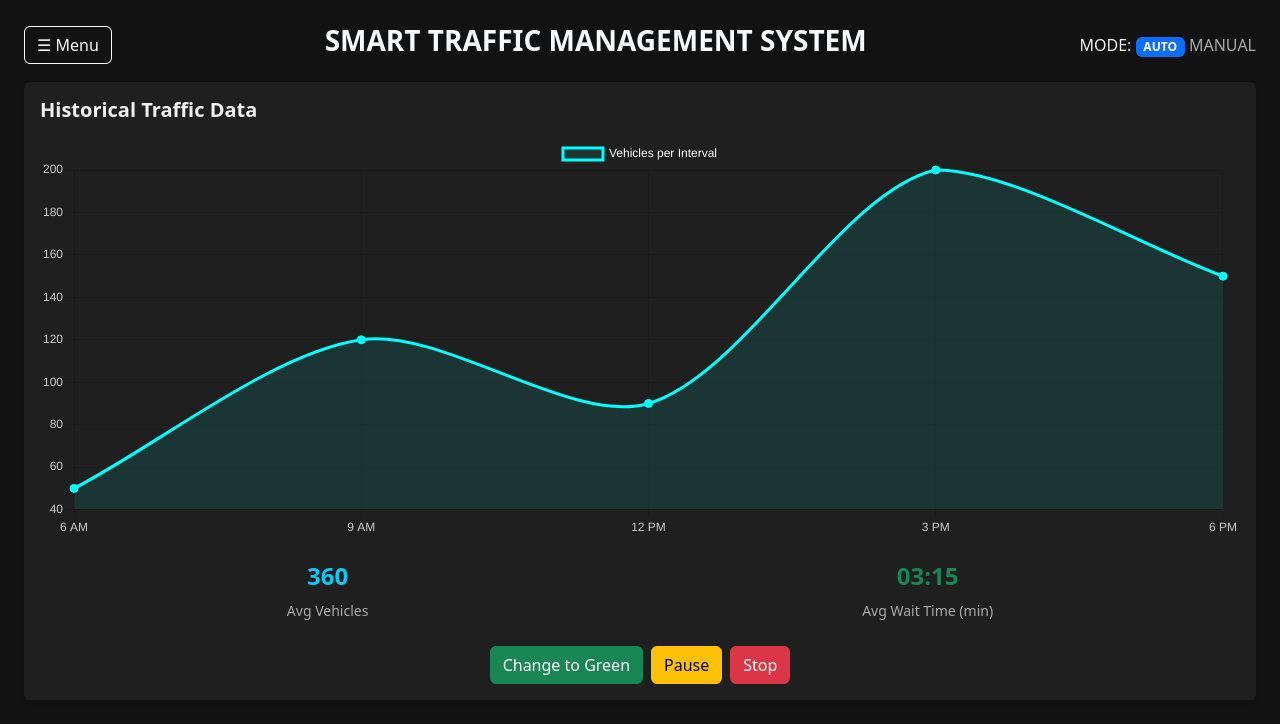
Repository: ayushkrpal/traffic-dashboard
Page: http://localhost/historical
The author's editor kept a copy of each file at every save. The page is drawn from the files as they stood at one save, then again after a run of saves.
The browser window is 1280 px wide. The pictures show the whole page.
The page is served by the project's Node server (server.js). Other server files are loaded and not shown.

Above is the page before, as saved 2025-09-02 16:04:57.

### views/historical.ejs
<!DOCTYPE html>
<html lang="en">
<head>
  <meta charset="UTF-8">
  <title>Historical Data</title>
  <link href="https://cdn.jsdelivr.net/npm/bootstrap@5.3.0/dist/css/bootstrap.min.css" rel="stylesheet">

    <style>
  body {
    background-color: #121212;
    color: #f1f1f1;
  }
  .btn-custom {
    transition: all 0.3s ease;
  }
  .btn-custom:hover {
    transform: scale(1.05);
    box-shadow: 0 4px 12px rgba(0,0,0,0.5);
  }
  .offcanvas-dark {
    background-color: #1e1e1e;
    color: #f8f9fa;
  }
  .offcanvas-dark .offcanvas-header {
    border-bottom: 1px solid #333;
  }
  .offcanvas-dark .nav-link {
    color: #f8f9fa;
  }
  .offcanvas-dark .nav-link:hover {
    color: #0d6efd;
  }
  .card {
    background-color: #1f1f1f;
    color: #f1f1f1;
    border: none;
  }
  canvas {
    max-height: 400px;
  }
  /* ✅ Fix muted text for dark mode */
  .text-muted {
    color: #aaa !important;
  }
</style>


</head>
<body>
  <div class="container-fluid p-4">

    <!-- Topbar -->
    <div class="d-flex justify-content-between align-items-center mb-3">
      <button class="btn btn-outline-light" data-bs-toggle="offcanvas" data-bs-target="#sidebarMenu">
        ☰ Menu
      </button>
      <h3 class="fw-bold text-light">SMART TRAFFIC MANAGEMENT SYSTEM</h3>
      <div>MODE: <span class="badge bg-primary">AUTO</span> <span class="text-muted">MANUAL</span></div>
    </div>

    <!-- Offcanvas Sidebar -->
    <div class="offcanvas offcanvas-start offcanvas-dark" tabindex="-1" id="sidebarMenu">
      <div class="offcanvas-header">
        <h5 class="offcanvas-title">Smart Traffic</h5>
        <button type="button" class="btn-close btn-close-white" data-bs-dismiss="offcanvas"></button>
      </div>
      <div class="offcanvas-body">
        <ul class="nav flex-column">
          <li class="nav-item"><a class="nav-link" href="/">Dashboard</a></li>
          <li class="nav-item"><a class="nav-link" href="/intersections">Intersections</a></li>
          <li class="nav-item"><a class="nav-link fw-bold" href="/historical">Historical Data</a></li>
        </ul>
      </div>
    </div>

    <!-- Main Content -->
    <div class="card p-3 shadow-sm">
      <h5 class="fw-bold mb-3">Historical Traffic Data</h5>

      <!-- Chart -->
      <canvas id="historyChart"></canvas>

      <!-- Stats -->
      <div class="d-flex justify-content-around mt-4">
        <div class="text-center">
          <h4 class="fw-bold text-info"><%= averageVehicles %></h4>
          <small class="text-muted">Avg Vehicles</small>
        </div>
        <div class="text-center">
          <h4 class="fw-bold text-success"><%= avgTime %></h4>
          <small class="text-muted">Avg Wait Time (min)</small>
        </div>
      </div>

      <!-- Actions -->
      <div class="mt-4 d-flex gap-2 justify-content-center">
        <button class="btn btn-success btn-custom" onclick="location.href='/signal'">Change to Green</button>
        <button class="btn btn-warning btn-custom" onclick="location.href='/pause'">Pause</button>
        <button class="btn btn-danger btn-custom" onclick="location.href='/stop'">Stop</button>
      </div>
    </div>
  </div>

  <script src="https://cdn.jsdelivr.net/npm/bootstrap@5.3.0/dist/js/bootstrap.bundle.min.js"></script>
  <script src="https://cdn.jsdelivr.net/npm/chart.js"></script>
  <script>
    const ctx = document.getElementById('historyChart');
    new Chart(ctx, {
      type: 'line',
      data: {
        labels: <%- JSON.stringify(labels) %>,
        datasets: [{
          label: 'Vehicles per Interval',
          data: <%- JSON.stringify(data) %>,
          borderColor: 'cyan',
          backgroundColor: 'rgba(0,255,255,0.1)',
          fill: true,
          tension: 0.3,
          pointRadius: 4,
          pointBackgroundColor: 'cyan'
        }]
      },
      options: {
        responsive: true,
        plugins: { legend: { display: true, labels: { color: 'white' } } },
        scales: {
          x: { ticks: { color: '#ccc' } },
          y: { ticks: { color: '#ccc' } }
        }
      }
    });
  </script>
</body>
</html>

### server.js
const express = require("express");
const app = express();

const path = require("path");

//sokcket io runs only on http server
//SOCKET-IO

const http=require('http');

const socketio=require('socket.io');

const server  = http.createServer(app);

const io = socketio(server);



//mongoose setup
const mongoose = require("mongoose");

// Import model
const IntersectionModel = require("./models/intersection");

// EJS setup
app.set("view engine", "ejs");
app.set("views", path.join(__dirname, "views"));



// Static files
app.use(express.static(path.join(__dirname, "public")));




io.on("connection", (socket) => {
  console.log("Client connected");

  // Client asks for data of a clicked intersection
  socket.on("getIntersectionData", (id) => {
    const fakeData = {
      id,
      name: id === 1 ? "Park Street" : id === 2 ? "Howrah Bridge" : "Salt Lake",
      currentVehicles: Math.floor(Math.random() * 50),
      predictedVehicles: Math.floor(Math.random() * 60),
      currentPhase: ["RED", "GREEN", "YELLOW"][Math.floor(Math.random() * 3)],
      duration: Math.floor(Math.random() * 60)
    };
    socket.emit("intersectionData", fakeData);
  });

  // Manual signal control
    socket.on("changeSignal", ({ id, color }) => {
    console.log(`Intersection ${id} changed to ${color}`);
    // TODO: later update database/ML/device here
  });
});


// Connect to MongoDB
mongoose.connect("mongodb://127.0.0.1:27017/traffic")
  .then(() => console.log("Connected to MongoDB"))
  .catch(err => console.error("MongoDB connection error:", err));


// ---------------- Routes ----------------

// Dashboard (Map)
app.get("/", async (req, res) => {
    res.render("index");

});

// Seed test data
app.get("/seed", async (req, res) => {
  try {
    await IntersectionModel.create([
      { id: 1, name: "Intersection A", lat: 28.61, lng: 77.21, status: "normal", volume: 1200, avgDelay: 30 },
      { id: 2, name: "Intersection B", lat: 28.62, lng: 77.22, status: "congested", volume: 2500, avgDelay: 90 }
    ]);
    res.send("Seeded sample data!");
  } catch (err) {
    console.error("Error seeding data:", err);
    res.status(500).send("Error seeding data");
  }
});

// Historical chart page
app.get("/historical", (req, res) => {
  res.render("historical", {
    labels: ["6 AM", "9 AM", "12 PM", "3 PM", "6 PM"],
    data: [50, 120, 90, 200, 150, 180],
    averageVehicles: 360,
    avgTime: "03:15"
  });
});


// Intersection details (example page)
app.get("/intersections", (req, res) => {
  res.render("intersections", {
    currentVehicles: 35,
    predictedVehicles: 50,
    currentPhase: "Green",
    duration: 30
  });
});

// ---------------- Start Server ----------------
server.listen(3000, () => {
  console.log("Server running at http://localhost:3000");
});

After the next 2 saves:
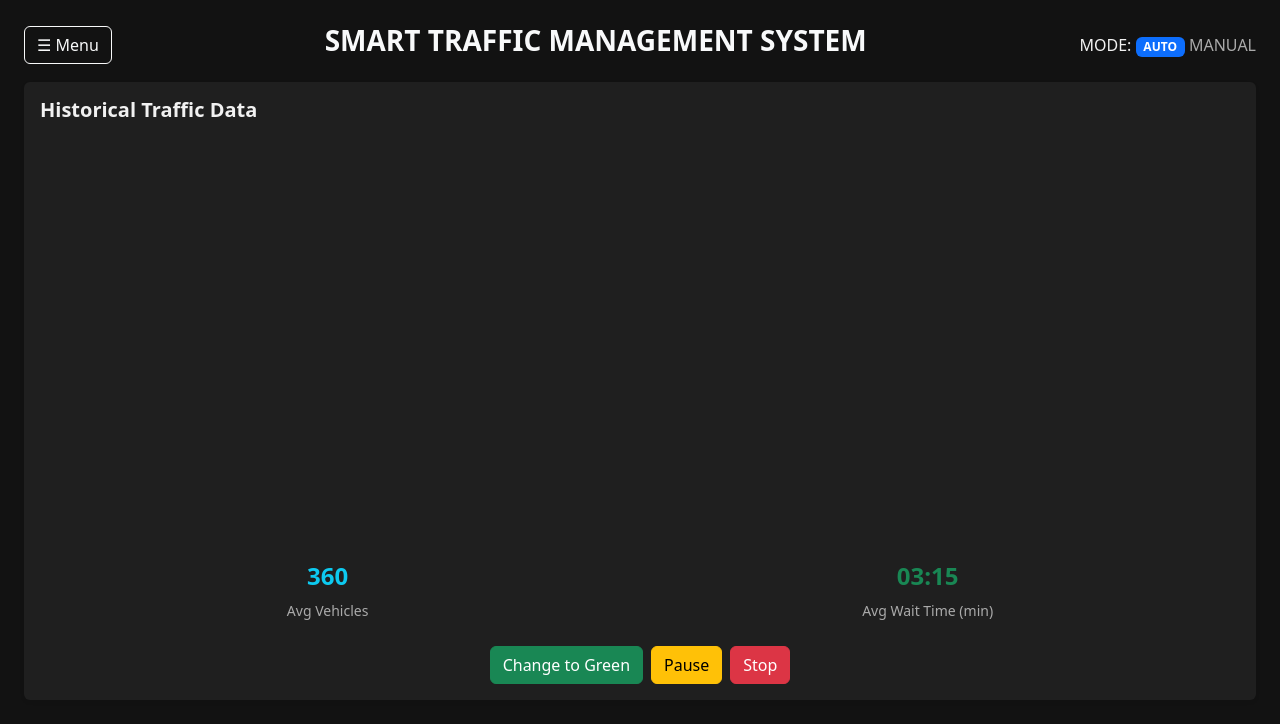
Console error: SyntaxError: Unexpected token '&'
The 2 saves are shown as one change because they came seconds apart.
The last was saved 54 s later.
--- a/views/historical.ejs
+++ b/views/historical.ejs
@@ -108,10 +108,10 @@
     new Chart(ctx, {
       type: 'line',
       data: {
-        labels: <%- JSON.stringify(labels) %>,
+        labels: <%= JSON.stringify(labels) %>,
         datasets: [{
           label: 'Vehicles per Interval',
-          data: <%- JSON.stringify(data) %>,
+          data: <%= JSON.stringify(data) %>,
           borderColor: 'cyan',
           backgroundColor: 'rgba(0,255,255,0.1)',
           fill: true,

After the 2 saves that followed:
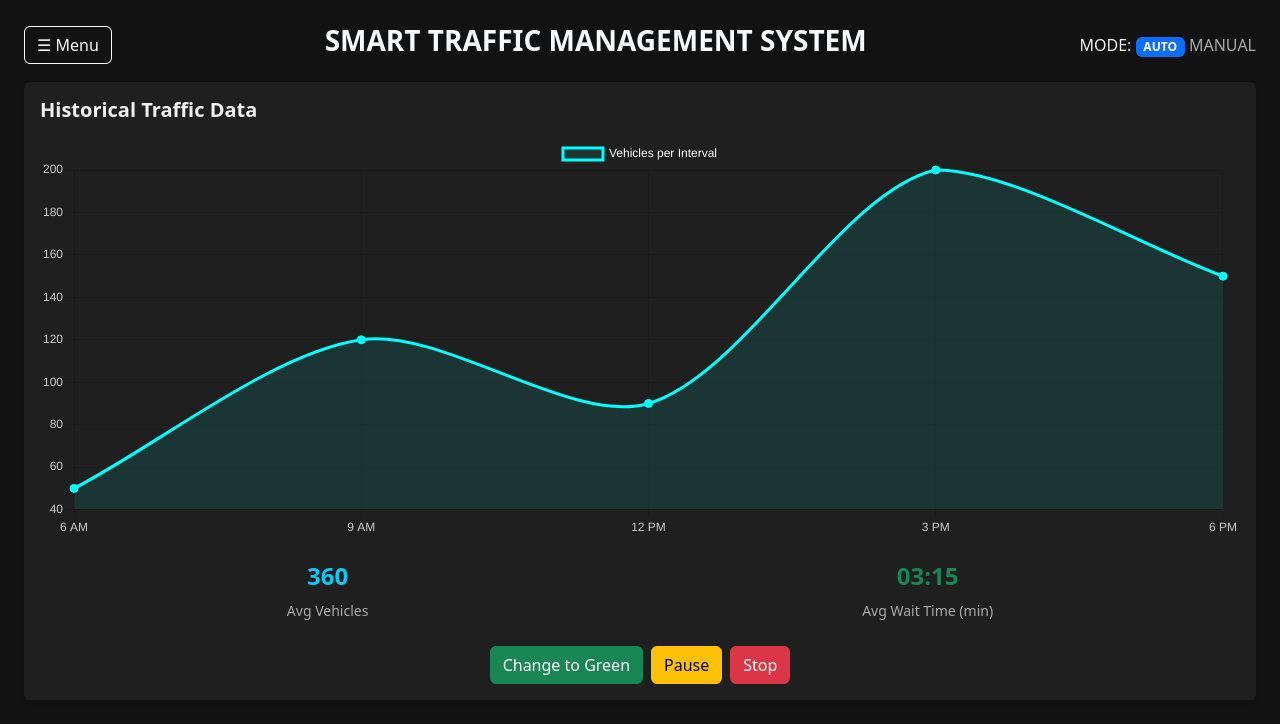
The error is gone.
The 2 saves are shown as one change because they came seconds apart.
The last was saved 6 s later.
--- a/views/historical.ejs
+++ b/views/historical.ejs
@@ -108,10 +108,10 @@
     new Chart(ctx, {
       type: 'line',
       data: {
-        labels: <%= JSON.stringify(labels) %>,
+        labels: <%- JSON.stringify(labels) %>,
         datasets: [{
           label: 'Vehicles per Interval',
-          data: <%= JSON.stringify(data) %>,
+          data: <%- JSON.stringify(data) %>,
           borderColor: 'cyan',
           backgroundColor: 'rgba(0,255,255,0.1)',
           fill: true,
